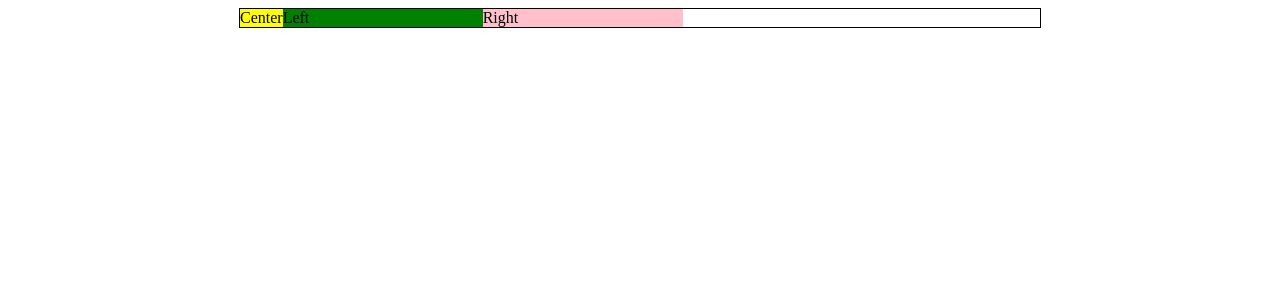
Repository: nanvon/front-end_byhuawei
Page: CSS_example.html
These files come from the project's save history. The page is drawn as it stood at one moment and after a run of saves; the edit follows.
The browser window is 1280 px wide. The pictures show the whole page.

Above is the page before, as saved 2020-12-10 19:50:16.

### CSS_example.html
<!DOCTYPE html>
<html lang="en">

<head>
    <meta charset="UTF-8">
    <meta name="viewport" content="width=device-width, initial-scale=1.0">
    <title>双飞翼布局</title>
    <style>
        .container {
            border: 1px solid #000;
            width: 800px;
            margin: auto;
            overflow: hidden;
        }

        .center {
            float: left;
            background: yellow;
            widows: 100%;
        }

        .left {
            float: left;
            background: green;
            width: 200px;
            margin: ;
        }

        .right {
            float: left;
            background: pink;
            width: 200px;;
        }
    </style>
</head>

<body>
    <div class="container">
        <div class="center">Center</div>
        <div class="left">Left</div>
        <div class="right">Right</div>
    </div>
</body>

</html>

After the next 4 saves:
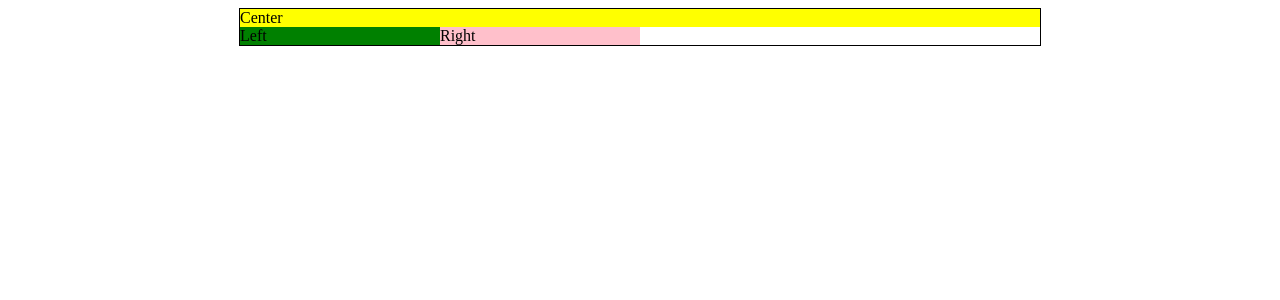
The 4 saves are shown as one change because they came seconds apart.
The last was saved 11 s later.
--- a/CSS_example.html
+++ b/CSS_example.html
@@ -16,7 +16,7 @@
         .center {
             float: left;
             background: yellow;
-            widows: 100%;
+            width: 100%;
         }
 
         .left {
